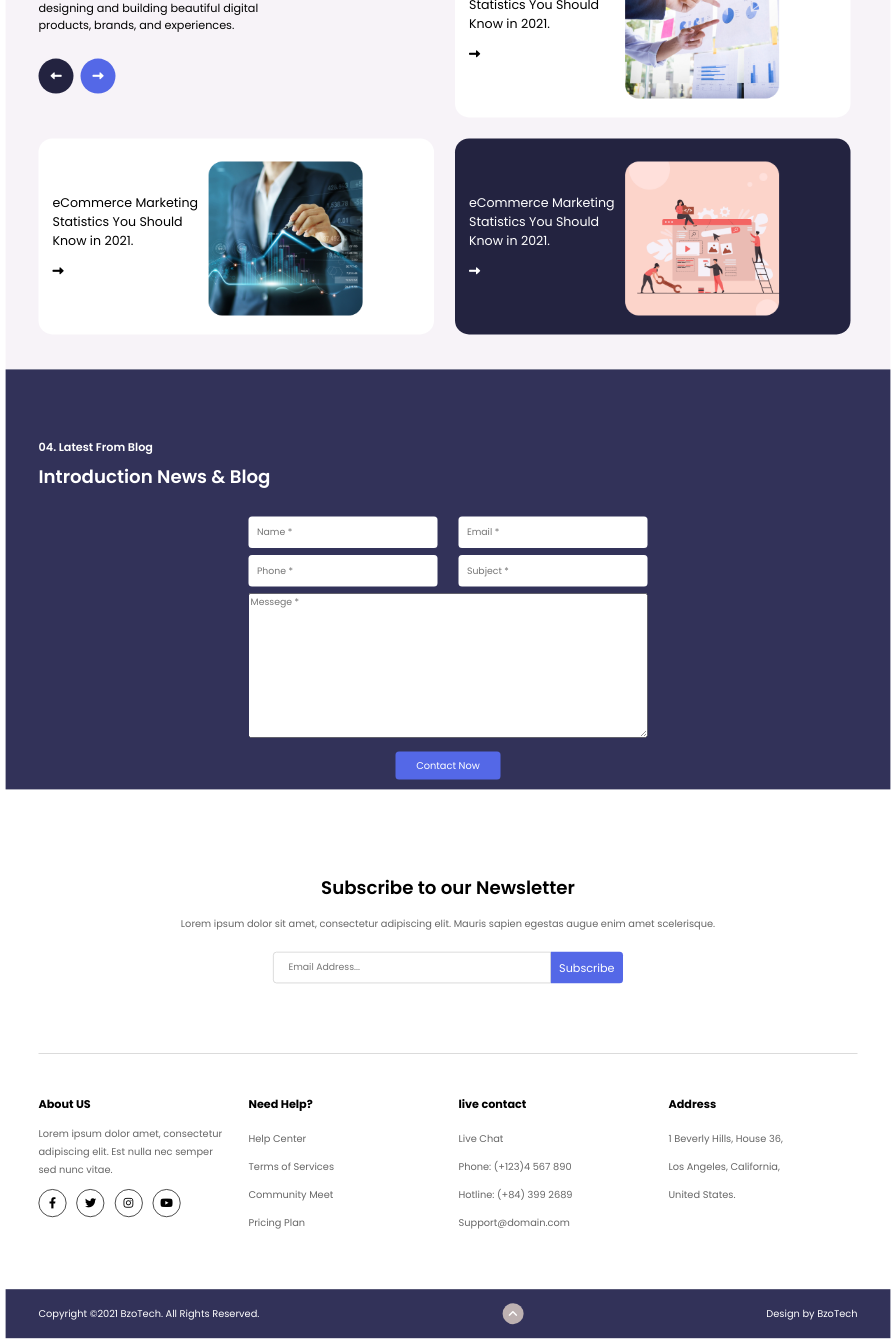
Repository: tranchi0120/LangdingPage-Htmlcss-Ago
Page: index.html
These files come from the project's save history. The page is drawn as it stood at one moment and after the next save; the edit follows.
The browser window is 1280 px wide. The pictures show the part of the page from y = 4074 to 5994 px (the page is 5994 px tall), at 70% of full size.
Some web libraries are served in a nearby version. The style sheet was rebuilt from its Sass, Less or Tailwind sources for each picture, by a compiler version that may differ from the author's.

Above is the page before, as saved 2022-08-18 14:40:28.

After the next save:
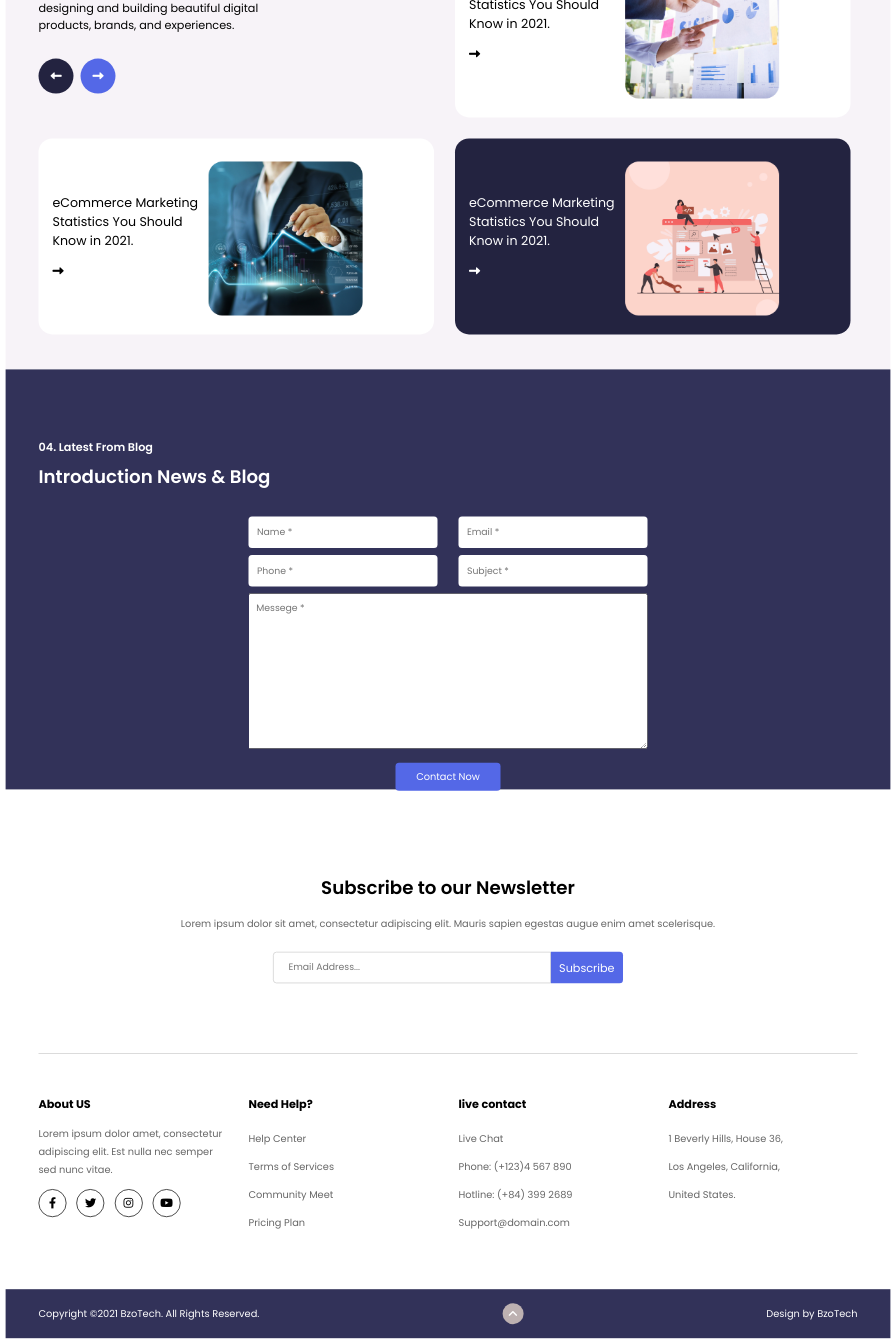
Saved 6 s later.
--- a/sass/_contact.scss
+++ b/sass/_contact.scss
@@ -39,7 +39,7 @@
         grid-area: 3 / 1 / span 2 / span 2;
     }
     &-textarea {
-        // padding: 10px;
+        padding: 10px;
         // border-radius: 5px;
         // border: 1px solid #cccccc;
         // height: 130px;
